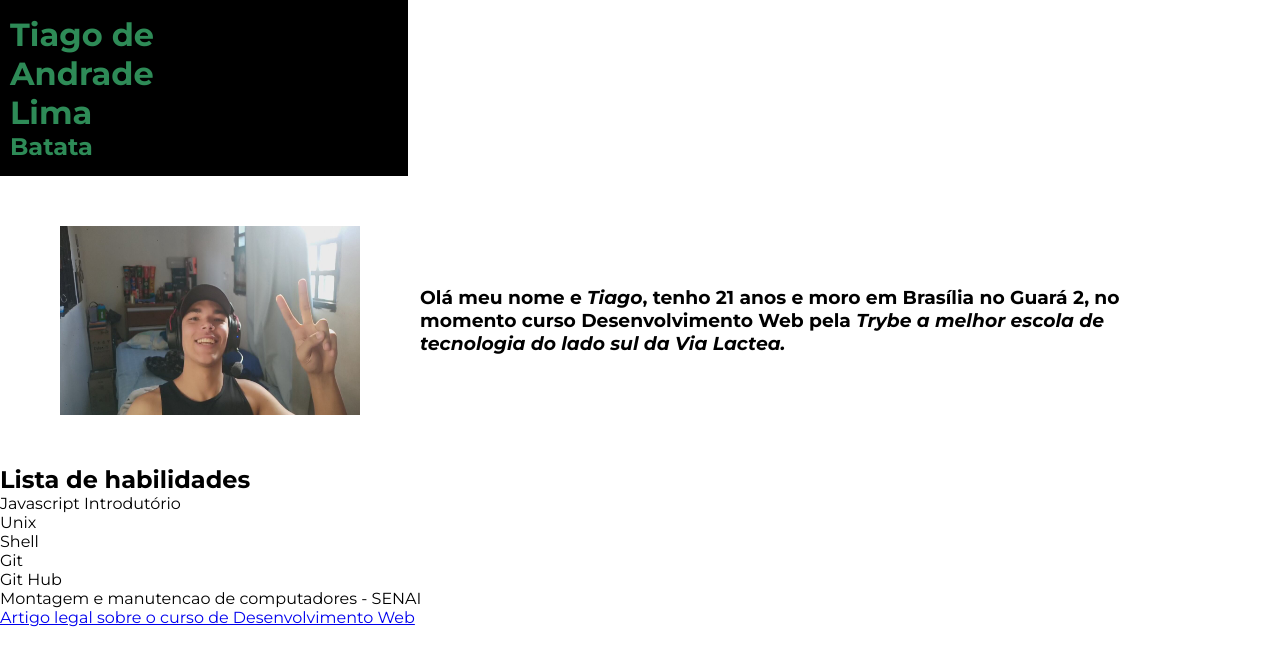
Repository: Batatiago/Batatiago.github.io
Page: index.html
The author's editor kept a copy of each file at every save. The page is drawn from the files as they stood at one save, then again after the next save.
The browser window is 1280 px wide. The pictures show the whole page.

Above is the page before, as saved 2023-06-29 11:17:56.

### index.html
<!DOCTYPE html>
<html lang="pt-br">

<head>
  <meta charset="UTF-8">
  <title>Tiago de Andrade Lima</title>
  <link rel="preconnect" href="https://fonts.googleapis.com">
  <link rel="preconnect" href="https://fonts.gstatic.com" crossorigin>
  <link
    href="https://fonts.googleapis.com/css2?family=Montserrat:ital,wght@0,100;0,200;0,300;0,400;0,500;0,600;0,700;0,800;0,900;1,100;1,200;1,300;1,400;1,500;1,600;1,700;1,800;1,900&display=swap"
    rel="stylesheet">
  <link rel="stylesheet" href="style.css">
</head>

<body>
  <div class="header-container">
    <div class="header">
      <h1 class="meuNome"> Tiago de Andrade Lima</h1>
      <h2>Batata</h2>
    </div>
  </div>
  <div class="resumo">
    <img id="foto" src="2023-06-23-160707.jpg" alt="Imagem de Tiago" width="300px">
    <h3 class="descricao">Olá meu nome e <strong><em>Tiago</em></strong>, tenho 21 anos e moro em Brasília no Guará 2, no
      momento curso Desenvolvimento
      Web pela <strong><em>Trybe a melhor escola de tecnologia do lado sul da Via Lactea.</em></strong></h3>
  </div>
  <div>
    <h2>Lista de habilidades</h2>
    <ul>
      <li class="javascript">Javascript Introdutório</li>
      <li class="unix">Unix</li>
      <li class="shell">Shell</li>
      <li class="git">Git</li>
      <li class="gitHub">Git Hub</li>
      <li>Montagem e manutencao de computadores - SENAI</li>
    </ul>
  </div>
  <a href="https://blog.betrybe.com/carreira/frontend/" target="_blank">Artigo legal sobre o curso de Desenvolvimento
    Web</a>
</body>

</html>

### style.css
* {
    margin: 0;
    padding: 0;
    border: 0;
}

body {
    font-family: 'Montserrat', sans-serif;
}

.header-container {
    background-color: black;
    color: seagreen;
    display: inline-flex;
    margin: auto;
}

.header {
    padding: 15px 10px;
    width: 40%;

}

header h1 {
    font-family: 'Times New Roman', Times, serif;
}

header h2 {
    font-size: smaller;
}

.resumo {
    display: inline-flex;
    margin: 50px 60px ;
}
.resumo h3 {
    padding: 60px;
}

After the next save:
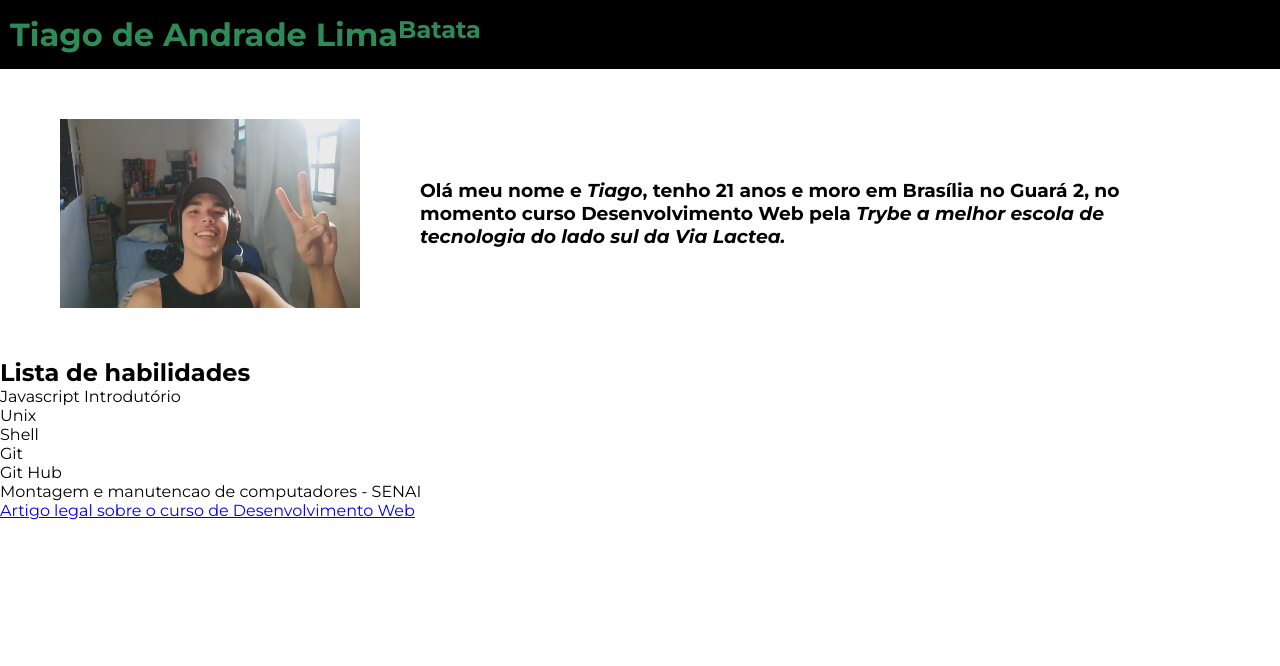
Saved 15 s later.
--- a/style.css
+++ b/style.css
@@ -11,14 +11,13 @@ body {
 .header-container {
     background-color: black;
     color: seagreen;
-    display: inline-flex;
-    margin: auto;
 }
 
 .header {
     padding: 15px 10px;
     width: 40%;
-
+    margin: auto;
+    display: inline-flex;
 }
 
 header h1 {
